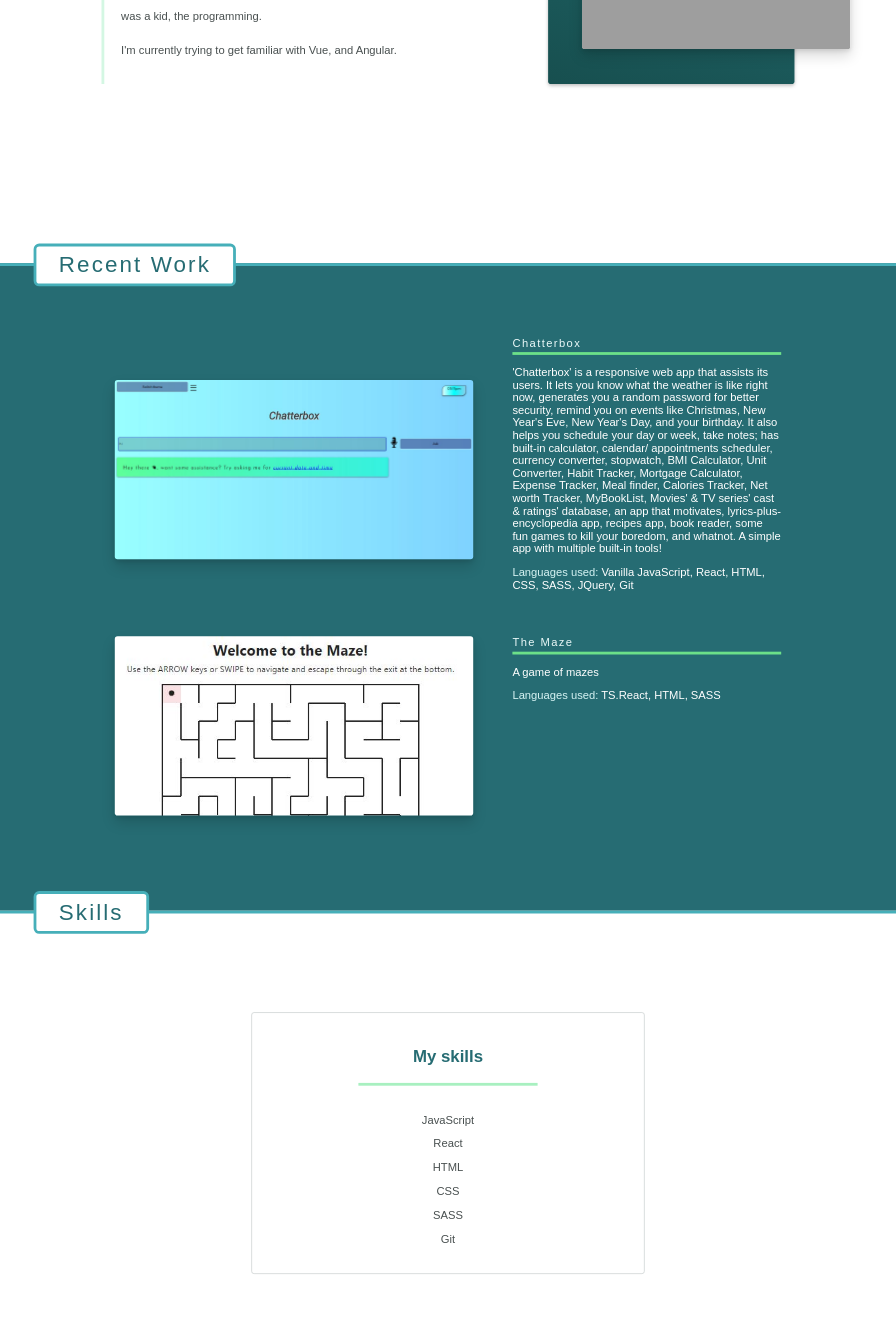
Repository: Abbaskhurram255/port
Page: /
These files come from the project's save history. The page is drawn as it stood at one moment and after the next save; the edit follows.
The browser window is 1280 px wide. The pictures show the part of the page from y = 490 to 2410 px (the page is 2782 px tall), at 70% of full size.
Pictures or frames that could not be fetched are drawn as grey boxes. The page's requests for data from a server got no answer. Some web fonts or font styles are not loaded; a fallback is used. Some web libraries are served in a nearby version. The project was rebuilt for these pictures with package versions that can differ from the ones it lists, and the page was loaded fresh each time. No one was signed in, and anything a server would have sent is missing.

Above is the page before, as saved 2020-12-03 23:08:52.

### public/index.html
<!DOCTYPE html>
<html lang="en">
  <head>
    <meta charset="utf-8" />
    <meta
      name="viewport"
      content="width=device-width, initial-scale=1, shrink-to-fit=no"
    />
    <meta name="theme-color" content="#000000" />
    <meta property="og:title" content="Alex Puth | Portfolio" />
    <meta
      property="og:description"
      content="A portfolio of web applications by Alex Puth"
    />
    <meta property="og:url" content="https://www.abbaskhurram255.github.io/" />
    <meta property="og:image" content="/images/portfolio-home.jpg" />
    <title>Alex Puth | Portfolio</title>
    <link
      href="https://fonts.googleapis.com/css?family=Muli:300,400,600,700"
      rel="stylesheet"
    />
    <link
      rel="stylesheet"
      href="https://use.fontawesome.com/releases/v5.4.2/css/all.css"
      integrity="sha384-/rXc/GQVaYpyDdyxK+ecHPVYJSN9bmVFBvjA/9eOB+pb3F2w2N6fc5qB9Ew5yIns"
      crossorigin="anonymous"
    />
  </head>

  <body>
    <noscript>You need to enable JavaScript to run this app.</noscript>
    <div id="root"></div>
  </body>
</html>

### src/index.tsx
import React from "react";
import ReactDOM from "react-dom";
import App from "./App";
import * as serviceWorker from "./serviceWorker";
import "./styles/styles.scss";

ReactDOM.render(<App />, document.getElementById("root"));

// If you want your app to work offline and load faster, you can change
// unregister() to register() below. Note this comes with some pitfalls.
// Learn more about service workers: http://bit.ly/CRA-PWA
serviceWorker.unregister();

### src/App.tsx
import * as React from "react";
import Contact from "./components/Contact";
import Home from "./components/Home";
import Navbar from "./components/Navbar";
import RecentWork from "./components/RecentWork";
import Skills from "./components/Skills";

class App extends React.Component {
  public render() {
    return (
      <div>
        <Navbar />
        <Home />
        <RecentWork />
        <Skills />
        <Contact />
      </div>
    );
  }
}

export default App;

### src/styles/styles.scss
@import "./base/settings";
@import "./base/base";
@import "./components/navbar";
@import "./components/home";
@import "./components/images";
@import "./components/recent-works";
@import "./components/projects";
@import "./components/project";
@import "./components/skills";
@import "./components/skill";
@import "./components/contact";
@import "./components/social";
@import "./components/section-title";

### src/components/Contact.tsx
import * as React from "react";
import utils from "../utils/constants";
import Social from "./Social";
import Title from "./Title";

const { GITHUB_URL, TWITTER_URL } = utils.social;
const { EMAIL } = utils.contact;

const Contact = () => {
  return (
    <div id="contact" className="contact">
      <Title title="Get in Touch" parentComponent="contact" />
      <div className="contact__social-links">
        <p className="contact__brackets">{"{"}</p>
        <Social socialIcon="fab fa-github" socialUrl={GITHUB_URL} />
        <Social socialIcon="fab fa-twitter" socialUrl={TWITTER_URL} />
        <Social socialIcon="fas fa-envelope" socialUrl={`mailto:${EMAIL}`} />
        <p className="contact__brackets">{"}"}</p>
      </div>
    </div>
  );
};

export default Contact;

### src/components/Home.tsx
import * as React from "react";
import Image from "./Image";
import Text from "./Text";
import Title from "./Title";

const Home = () => {
  return (
    <div className="home">
      <div className="home__text-container">
        <Title
          title="<Alex Puth (aka Khurram) />"
          parentComponent="home"
          subTitle="Front-End Developer"
        />
        <Text parentComponent="home" mobile="" />
      </div>
      <Image
        src="/images/headshot.jpg"
        alt="Headshot of Alex Puth"
        parentComponent="home"
      />
      <Text parentComponent="home" mobile="--mobile" />
    </div>
  );
};

export default Home;

### src/components/Navbar.tsx
import * as React from "react";

interface INavbarState {
  linkClass: string;
  isToggled: boolean;
}

class Navbar extends React.Component {
  public state = {
    isToggled: true,
    linkClass: "navbar__link"
  };

  public toggleNav = () => {
    const { isToggled } = this.state;
    this.setState({ isToggled: !isToggled });
    isToggled
      ? this.setState({ linkClass: "navbar__link--show" })
      : this.setState({ linkClass: "navbar__link" });
  };

  public render() {
    return (
      <div className="navbar">
        <a className="navbar__brand" href="#">
          <p className="navbar__brand-text">AP</p>
        </a>
        <i onClick={this.toggleNav} className="fas fa-bars navbar__hamburger" />
        <div className="navbar__link-box">
          <a className={this.state.linkClass} href="#">
            <p className="navbar__link-text">Home</p>
          </a>

          <a className={this.state.linkClass} href="#recent-works">
            <p className="navbar__link-text">Recent Work</p>
          </a>

          <a className={this.state.linkClass} href="#skills">
            <p className="navbar__link-text">Skills</p>
          </a>

          <a className={this.state.linkClass} href="#contact">
            <p className="navbar__link-text">Contact</p>
          </a>
        </div>
      </div>
    );
  }
}
export default Navbar;

### src/components/RecentWork.tsx
import * as React from "react";
import Projects from "./Projects";
import Title from "./Title";

const RecentWork = () => {
  return (
    <div id="recent-works" className="recent-works">
      <Title title="Recent Work" parentComponent="recent-works" />
      <Projects />
    </div>
  );
};

export default RecentWork;

### src/components/Skills.tsx
import * as React from "react";
import Skill from "./Skill";
import Title from "./Title";

const Skills = () => {
  const technicalSkills: string[] = [
    "JavaScript",
    "React",
    "HTML",
    "CSS",
    "SASS",
    "Git"
  ];

  return (
    <div id="skills" className="skills">
      <Title title={"Skills"} parentComponent="skills" />
      <div className="skills__set-box">
        <Skill title="My skills" skills={technicalSkills} />
      </div>
    </div>
  );
};

export default Skills;

### src/styles/base/_base.scss
html {
  font-size: 62.5%;
  scroll-behavior: smooth;
}

body {
  margin: 0;
  background-color: $white;
}

button {
  cursor: pointer;
}

button:disabled {
  cursor: default;
}

### src/styles/components/_home.scss
.home {
  display: flex;
  flex-direction: column;
  justify-content: space-around;
  margin: $size-10 auto $size-8 auto;
  max-width: 100rem;
  padding: 0 $size-4;
  @media (min-width: $breakpoint-1) {
    margin: $size-10 25% $size-9 25%;
  }
  @media (min-width: $breakpoint-2) {
    flex-direction: row;
    margin: $size-10 auto $size-12 auto;
  }
}

.home__title-box {
  align-items: center;
  display: flex;
  flex-direction: column;
  justify-content: center;
  margin-top: $size-3;
  @media (min-width: $breakpoint-2) {
    margin: 0;
    margin-left: -$size-9;
    align-items: flex-start;
  }
}

.home__title {
  color: $primary-7;
  font-family: $header;
  font-size: $size-6;
  font-weight: 700;
  letter-spacing: 0.3rem;
  line-height: 1;
  margin: 0;
  @media (min-width: $breakpoint-1) {
    font-size: $size-6;
  }
  @media (min-width: $breakpoint-2 - 13) {
    font-size: $size-7;
  }
  @media (min-width: $breakpoint-3) {
    font-size: 7.2rem;
  }
}

.home__subtitle {
  color: $gray-5;
  font-family: $header;
  font-size: $size-4;
  font-weight: 300;
  margin: $size-3 0;
  @media (min-width: $breakpoint-1) {
    font-size: 1.8rem;
  }
  @media (min-width: $breakpoint-2 - 13) {
    font-size: $size-5;
  }
  @media (min-width: $breakpoint-3) {
    font-size: $size-6;
  }
}

.home__text-container {
  display: flex;
  flex-direction: column;
  justify-content: flex-end;
}

.home__text-box {
  border-left: $size-1 solid $secondary-2;
  margin-top: $size-6;
  padding: $size-5 $size-4;
  width: $size-14;
  @media (max-width: $breakpoint-2 - 1) {
    display: none;
  }
}

.home__text-box--mobile {
  border-left: $size-1 solid $secondary-2;
  box-sizing: border-box;
  margin-top: $size-6;
  padding: $size-2;
  width: 100%;
  @media (min-width: $breakpoint-2) {
    display: none;
  }
}

.home__text {
  color: $gray-7;
  font-family: $text;
  font-size: $size-3;
  line-height: 2;
  margin: 0;
  padding: $size-2;
  @media (min-width: $breakpoint-2) {
    font-size: $size-4;
  }
}

.home__text-link {
  @extend .home__text;
  color: $primary-7;
  padding: 0;
  text-decoration: none;
}

.home__text-link:hover {
  color: $primary-5;
}

### src/styles/components/images.scss
.home-image-box {
  background: $gradient-1;
  border-radius: $radius-2;
  box-shadow: $shadow-2;
  padding: $size-3;
  @media (min-width: $breakpoint-2) {
    display: block;
    padding: $size-7;
  }
}

.home-image {
  border-radius: $radius-2;
  box-shadow: $shadow-3;
  margin: 0;
  width: 100%;
  @media (min-width: $breakpoint-2) {
    margin-right: -$size-10;
    height: $size-13;
    width: $size-13;
  }
}

### src/styles/components/_recent-works.scss
.recent-works {
  align-items: center;
  background: $primary-7;
  border-top: $size-1 solid $primary-5;
  display: flex;
  flex-direction: column;
  padding-bottom: $size-2;
  @media (min-width: $breakpoint-1) {
    padding-left: 22%;
    padding-right: 22%;
  }
  @media (min-width: $breakpoint-2) {
    padding: 0;
    padding-bottom: $size-8;
  }
}

.recent-works__title-box {
  background: $white;
  border: $size-1 solid $primary-5;
  border-radius: $size-2;
  display: flex;
  flex-direction: column;
  justify-content: center;
  margin-top: -$size-5;
  padding: $size-2;
  @media (min-width: $breakpoint-2) {
    align-self: flex-start;
    margin-left: $size-7;
    margin-top: -$size-6;
    padding: $size-2 $size-6;
  }
}

.recent-works__title {
  color: $primary-7;
  font-family: $header;
  font-size: $size-4;
  font-weight: 400;
  letter-spacing: 0.3rem;
  margin: 0;
  padding: 0;
  @media (min-width: $breakpoint-2) {
    font-size: $size-6;
  }
}

### src/styles/components/_projects.scss
.projects {
  display: flex;
  flex-direction: column;
  justify-content: space-between;
  margin: $size-4 $size-7;
  width: 100%;
  @media (min-width: $breakpoint-2) {
    margin: $size-7;
    width: 100rem;
  }
}

### src/styles/components/_skills.scss
.skills {
  align-items: center;
  border-top: $size-1 solid $primary-5;
  display: flex;
  flex-direction: column;
  padding-bottom: $size-8;
  @media (min-width: $breakpoint-1) {
    padding-left: 20%;
    padding-right: 20%;
  }
  @media (min-width: $breakpoint-2) {
    padding: 0;
    padding-bottom: $size-8;
  }
}

.skills__title-box {
  background: $white;
  border: $size-1 solid $primary-5;
  border-radius: $size-2;
  display: flex;
  flex-direction: column;
  justify-content: center;
  margin-top: -$size-5;
  padding: $size-2;
  @media (min-width: $breakpoint-2) {
    align-self: flex-start;
    margin-left: $size-7;
    margin-top: -$size-6;
    padding: $size-2 $size-6;
  }
}

.skills__title {
  color: $primary-7;
  font-family: $header;
  font-size: $size-4;
  font-weight: 400;
  letter-spacing: 0.3rem;
  margin: 0;
  padding: 0;
  @media (min-width: $breakpoint-2) {
    font-size: $size-6;
  }
}

.skills__set-box {
  display: flex;
  flex-direction: column;
  justify-content: space-around;
  margin: 0;
  width: 100%;
  @media (min-width: $breakpoint-2) {
    flex-direction: row;
    margin: $size-9 $size-7;
    width: 100rem;
  }
}

### src/styles/components/_skill.scss
.skill {
  align-items: center;
  border: 1px solid $gray-3;
  border-radius: $radius-2;
  display: flex;
  flex-direction: column;
  margin: $size-4 auto;
  padding: $size-5;
  width: 80%;
  @media (min-width: $breakpoint-2) {
    margin: $size-4;
    padding: $size-5;
    width: $size-14;
  }
}

.skill__title-box {
  border-bottom: $size-1 solid $secondary-3;
  display: flex;
  justify-content: center;
  padding: 0;
  width: 100%;
  @media (min-width: $breakpoint-2) {
    width: $size-12;
  }
}

.skill__title {
  color: $primary-7;
  font-family: $text;
  font-size: $size-4;
  @media (min-width: $breakpoint-2) {
    font-size: $size-5;
  }
}

.skill__box {
  padding-top: $size-5;
  width: 100%;
}

.skill__name {
  color: $gray-7;
  font-family: $text;
  font-size: $size-4;
  text-align: center;
}

### src/styles/components/_contact.scss
.contact {
  align-items: center;
  border-top: $size-1 solid $primary-5;
  display: flex;
  flex-direction: column;
  background: #266c73;
}

.contact__title-box {
  background: $white;
  border: $size-1 solid $primary-5;
  border-radius: $size-2;
  display: flex;
  flex-direction: column;
  justify-content: center;
  margin-top: -$size-5;
  padding: $size-2 $size-6;
  @media (min-width: $breakpoint-2) {
    align-self: flex-start;
    margin-left: $size-7;
    margin-top: -$size-6;
  }
}

.contact__title {
  color: $primary-7;
  font-family: $header;
  font-size: $size-4;
  font-weight: 400;
  letter-spacing: 0.3rem;
  margin: 0;
  padding: 0;
  @media (min-width: $breakpoint-2) {
    font-size: $size-6;
  }
}

.contact__social-links {
  display: flex;
  margin: $size-8 0 $size-9 0;
}

.contact__brackets {
  color: $secondary-3;
  font-family: $text;
  font-size: $size-8;
  font-weight: 300;
  line-height: 0.5;
  margin: 0 $size-4;
  padding: 0;
  @media (min-width: $breakpoint-2) {
    display: block;
    font-size: $size-10;
  }
}

### src/styles/components/_social.scss
.social {
  color: $primary-5;
  font-size: $size-5;
  margin: $size-3;
  outline: none;
  transition-property: color, transform;
  transition-duration: 0.1s;
  transition-timing-function: ease;
  @media (min-width: $breakpoint-2) {
    font-size: $size-7;
    margin: $size-5;
  }
}

.social:hover,
.social:focus {
  color: $primary-6;
  transform: scale(1.2);
}

### src/styles/components/_section-title.scss
.section-title__box {
  align-self: flex-start;
  background: $white;
  border: $size-1 solid $primary-8;
  border-radius: $size-2;
  display: flex;
  flex-direction: column;
  justify-content: center;
  margin: -$size-6 0 0 $size-7;
  padding: $size-2 $size-6;
}

.section-title {
  color: $primary-7;
  font-family: $header;
  font-size: $size-6;
  font-weight: 400;
  letter-spacing: 0.3rem;
  margin: 0;
  padding: 0;
}

### src/utils/constants.ts
export default {
  contact: {
    EMAIL: process.env.REACT_APP_EMAIL || "abbaskhuram255@gmail.com"
  },
  social: {
    GITHUB_URL:
      process.env.REACT_APP_GITHUB_URL || "https://github.com/abbaskhurram255",
    TWITTER_URL:
      process.env.REACT_APP_TWITTER_URL || "https://twitter.com/alexputh255",
  }
};

### src/components/Social.tsx
import * as React from "react";

interface ISocialProps {
  socialIcon: string;
  socialUrl: string;
}

const Social = (props: ISocialProps) => {
  const { socialIcon, socialUrl } = props;
  return (
    <a
      href={socialUrl}
      rel="noopener noreferrer"
      className="social"
      target="_blank"
    >
      <i className={socialIcon} />
    </a>
  );
};

export default Social;

### src/components/Title.tsx
import * as React from "react";

interface ITitleProps {
  title: string;
  parentComponent: string;
  subTitle?: string;
}

const Title = (props: ITitleProps) => {
  const { title, subTitle, parentComponent: component } = props;
  return (
    <div className={`${component}__title-box`}>
      <h1 className={`${component}__title`}>{title}</h1>
      {subTitle && <h2 className={`${component}__subtitle`}>{subTitle}</h2>}
    </div>
  );
};

export default Title;

### src/components/Image.tsx
import * as React from "react";

interface IImageProps {
  src: string;
  alt: string;
  parentComponent: string;
}

const Image = (props: IImageProps) => {
  const { src, alt, parentComponent: component } = props;
  return (
    <div className={`${component}-image-box`}>
      <img src={`/Portfolio${src}`} alt={alt} className={`${component}-image`} />
    </div>
  );
};

export default Image;

### src/components/Text.tsx
import * as React from "react";

interface ITextProps {
  parentComponent: string;
  mobile: string;
}

const Text = (props: ITextProps) => {
  const { parentComponent: component, mobile } = props;
  return (
    <div className={`${component}__text-box${mobile}`}>
      <p className={`${component}__text`}>
        Hi, my name is Alex, and I'm a frontend developer. I love using
        functional programming concepts in JavaScript and building web
        applications with it. I'm a coding enthusiast. I've been creating web
        applications since I was 13 - I'm 19 now. It's been my hobby
        since I was a kid, the programming. {" "}
      </p>
      <p className={`${component}__text`}>I'm currently
        trying to get familiar with Vue, and Angular.</p>
    </div>
  );
};

export default Text;

### src/components/Projects.tsx
import * as React from "react";
import { projects } from "../utils/data";
import Project from "./Project";

const Projects = () => (
  <div className="projects">
    {projects.map(project => (
      <Project
        project={project.name}
        projectDescription={project.description}
        projectSourceCode={project.sourceCode}
        projectTools={project.tools}
        projectUrl={project.url}
        image={project.image}
        key={project.name}
      />
    ))}
  </div>
);

export default Projects;

### src/components/Skill.tsx
import * as React from "react";

interface ISkillProps {
  skills: string[];
  title: string;
}

const DeveloperSkills = (props: ISkillProps) => {
  const { skills, title } = props;
  return (
    <div className="skill">
      <div className="skill__title-box">
        <h3 className="skill__title">{title}</h3>
      </div>
      <div className="skill__box">
        {skills.map((skill: string) => (
          <p className="skill__name" key={skill}>
            {skill}
          </p>
        ))}
      </div>
    </div>
  );
};

export default DeveloperSkills;

### src/utils/data.ts

interface IProject {
  description: string;
  image: string;
  name: string;
  sourceCode: string;
  tools: string;
  url: string;
}

export const projects: IProject[] = [
  {
    description:
      "'Chatterbox' is a responsive web app that assists its users. It lets you know what the weather is like right now, generates you a random password for better security, remind you on events like Christmas, New Year's Eve, New Year's Day, and your birthday. It also helps you schedule your day or week, take notes; has built-in calculator, calendar/ appointments scheduler, currency converter, stopwatch, BMI Calculator, Unit Converter, Habit Tracker, Mortgage Calculator, Expense Tracker, Meal finder, Calories Tracker, Net worth Tracker, MyBookList, Movies' & TV series' cast & ratings' database, an app that motivates, lyrics-plus-encyclopedia app, recipes app, book reader, some fun games to kill your boredom, and whatnot. A simple app with multiple built-in tools!",
    image: "meal to list",
    name: "Chatterbox",
    sourceCode: "https://github.com/Abbaskhurram255/Chatterbox/",
    tools: "Vanilla JavaScript, React, HTML, CSS, SASS, JQuery, Git",
    url: "https://abbaskhurram255.github.io/Chatterbox/getting-started"
  },
  {
    description:
      "A game of mazes",
    image: "maze",
    name: "The Maze",
    sourceCode: "https://github.com/Abbaskhurram255/maze/",
    tools: "TS.React, HTML, SASS",
    url: "https://alexs-maze-game.netlify.app"
  }
];

### src/components/Project.tsx
import * as React from "react";

interface IProjectProps {
  image: string;
  project: string;
  projectDescription: string;
  projectTools: string;
  projectSourceCode: string;
  projectUrl: string;
}

const Project = (props: IProjectProps) => {
  const {
    image,
    project,
    projectDescription,
    projectSourceCode,
    projectTools,
    projectUrl
  } = props;
  return (
    <div className="project">
      <div className={`project__image-box project__image-box--${image}`}>
        <div className="project__link-box">
          {projectUrl && (
            <a
              className="project__link"
              href={projectUrl}
              rel="noopener noreferrer"
              target="_blank"
            >
              View Site
            </a>
          )}
          <a
            className="project__link"
            href={projectSourceCode}
            rel="noopener noreferrer"
            target="_blank"
          >
            View Source Code
          </a>
          <a
            className="project__link"
            href="https://github.com/Abbaskhurram255/maze/raw/main/public/android/the-maze.apk"
            rel="noopener noreferrer"
            target="_blank"
          >
            Play on Android
          </a>
        </div>
      </div>
      <div className="project__info-box">
        <h3 className="project__name">{project}</h3>
        <p className="project__description">{projectDescription}</p>
        <p className="project__description">
          <span className="project__tools-label">Languages used:</span>{" "}
          {projectTools}
        </p>
      </div>
      <div className="project__link-box--mobile">
        {projectUrl && (
          <a
            className="project__link--mobile"
            href={projectUrl}
            rel="noopener noreferrer"
            target="_blank"
          >
            View Site
          </a>
        )}
        <a
          className="project__link--mobile"
          href={projectSourceCode}
          rel="noopener noreferrer"
          target="_blank"
        >
          View Source Code
        </a>
      </div>
    </div>
  );
};

export default Project;

Loaded but not shown: src/serviceWorker.ts (common file); src/styles/components/_project.scss (148 lines, source omitted); src/styles/base/_settings.scss (89 lines, source omitted); src/styles/components/_navbar.scss (137 lines, source omitted)

After the next save:
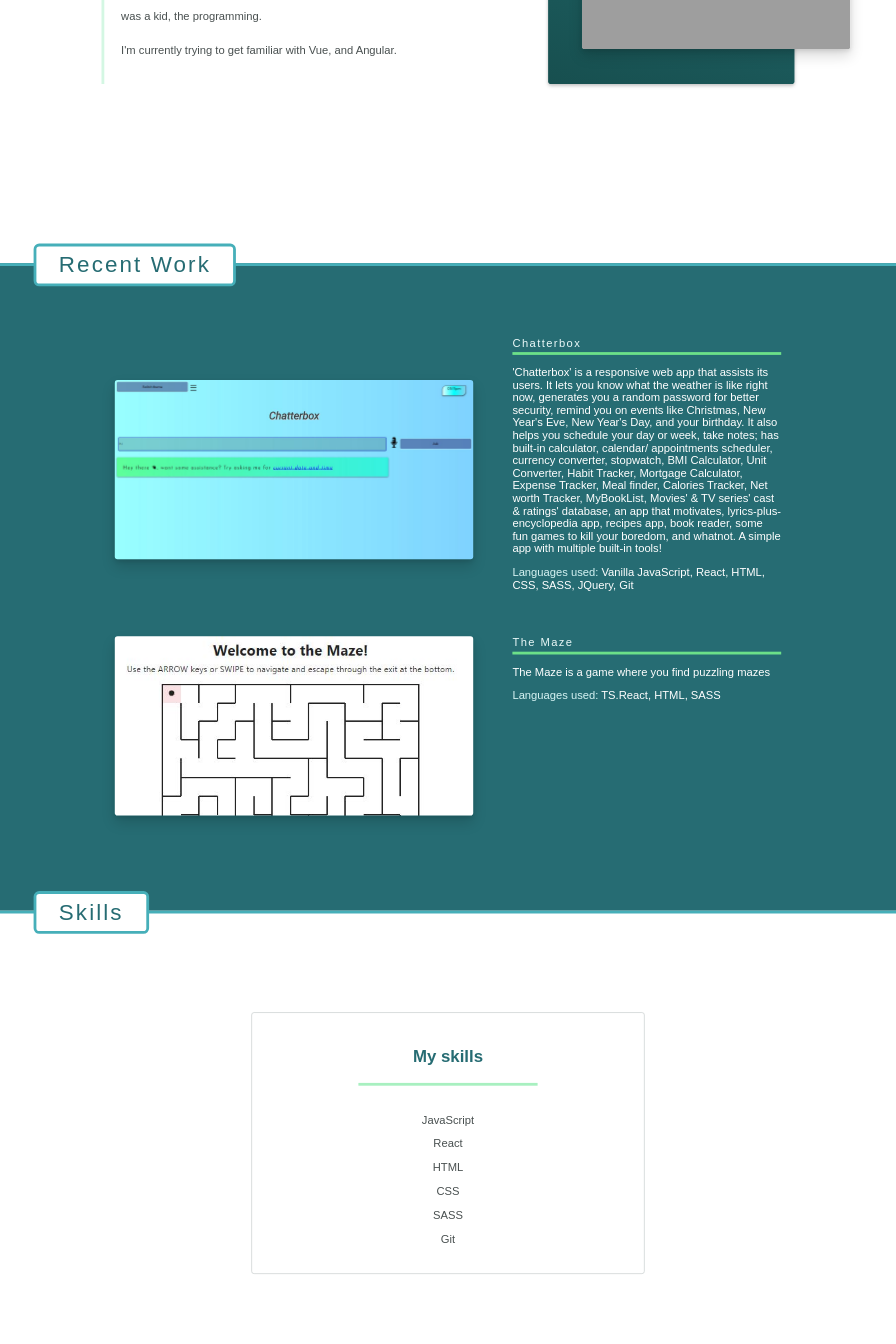
Saved 92 s later.
--- a/src/utils/data.ts
+++ b/src/utils/data.ts
@@ -20,7 +20,7 @@
   },
   {
     description:
-      "A game of mazes",
+      "The Maze is a game where you find puzzling mazes",
     image: "maze",
     name: "The Maze",
     sourceCode: "https://github.com/Abbaskhurram255/maze/",
